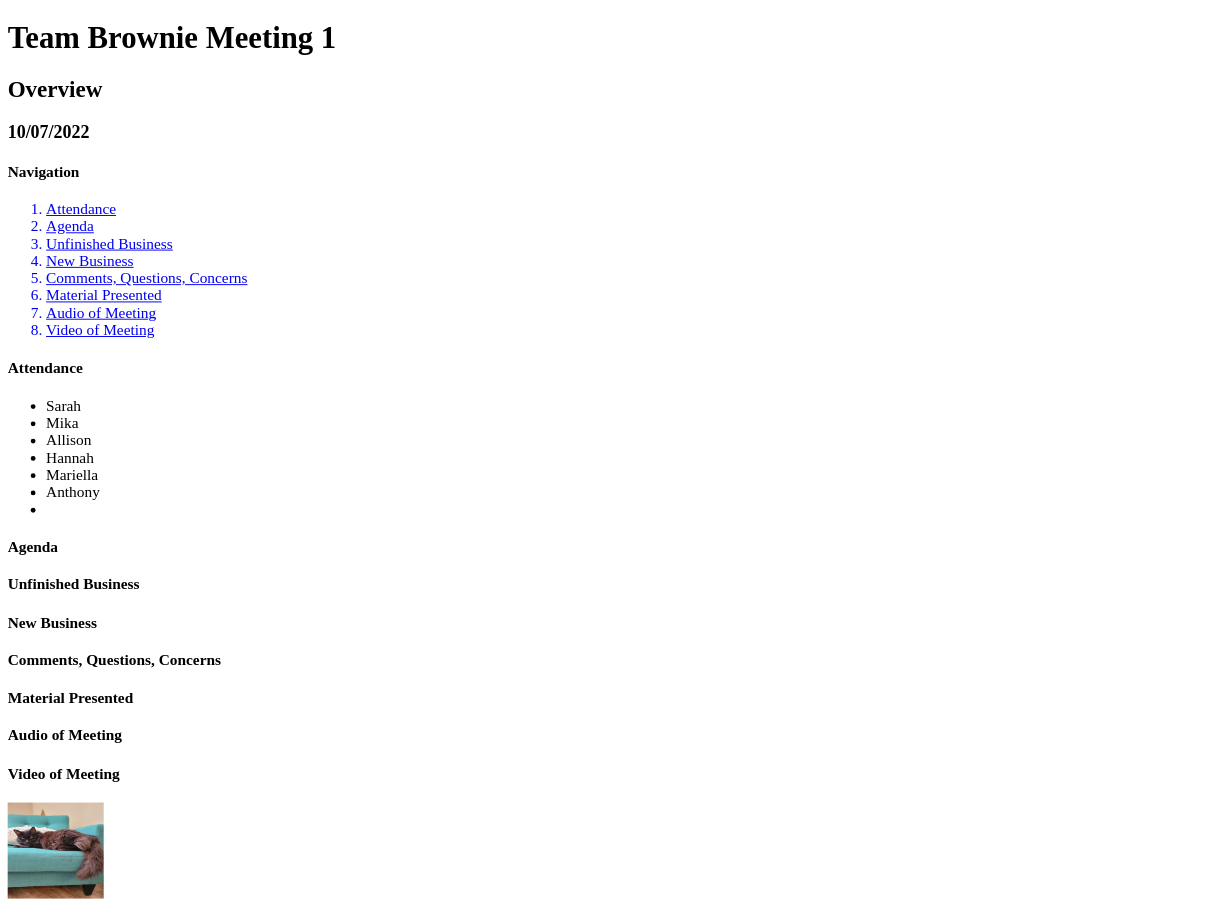
Repository: sarahtthomson/fa22-cse110-lab3
Page: index.html
The author's editor kept a copy of each file at every save. The page is drawn from the files as they stood at one save, then again after the next save.
The browser window is 1280 px wide. The pictures show the whole page, at 96% of full size.

Above is the page before, as saved 2022-10-07 15:13:52.

### index.html
<!DOCTYPE html>
<html lang="en">
    <head>
        <Title>Team Brownie</Title>
        <meta name="description" content="Meeting minutes for Team Brownie">
        <link rel="icon" href="/favicon.ico" />
    </head>
    <body>
        <header>
            <h1>Team Brownie Meeting 1</h1>
            <h2>Overview</h2>
            <h3>10/07/2022</h3>
        </header>
        <main>
            <div class="nav">
                <h4>Navigation</h4>
                <ol>
                    <a href="#Attendance" class="btn"><li>Attendance</li></a>
                    <a href="#Agenda" class="btn"><li>Agenda</li></a>
                    <a href="#Unfinished Business" class="btn"><li>Unfinished Business</li></a>
                    <a href="#New Business" class="btn"><li>New Business</li></a>
                    <a href="#Comments" class="btn"><li>Comments, Questions, Concerns</li></a>
                    <a href="#Material" class="btn"><li>Material Presented</li></a>
                    <a href="#Audio" class="btn"><li>Audio of Meeting</li></a>
                    <a href="#Video" class="btn"><li>Video of Meeting</li></a>
                </ol>
            </div>
            <div class="Attendance" id="Attendance">
                <h4>Attendance</h4>
                <ul>
                    <li>Sarah</li>
                    <li>Mika</li>
                    <li>Allison</li>
                    <li>Hannah</li>
                    <li>Mariella</li>
                    <li>Anthony</li>
                    <li></li>
                </ul>
            </div>
            <div class="Agenda" id="Agenda">
                <h4>Agenda</h4>
            </div>
            <div class="Unfinished Business" id="Agenda">
                <h4>Unfinished Business</h4>
            </div>
            <div class="New Business" id="New Business">
                <h4>New Business</h4>
            </div>
            <div class="Comments" id="Comments">
                <h4>Comments, Questions, Concerns</h4>
            </div>
            <div class="Material" id="Material">
                <h4>Material Presented</h4>
            </div>
            <div class="Audio" id="Audio">
                <h4>Audio of Meeting</h4>
            </div>
            <div class="Video" id="Video">
                <h4>Video of Meeting</h4>
            </div>
        </main>
        <img height="100" width="100" src="/cat.jpg">
    </body>
</html>

After the next save:
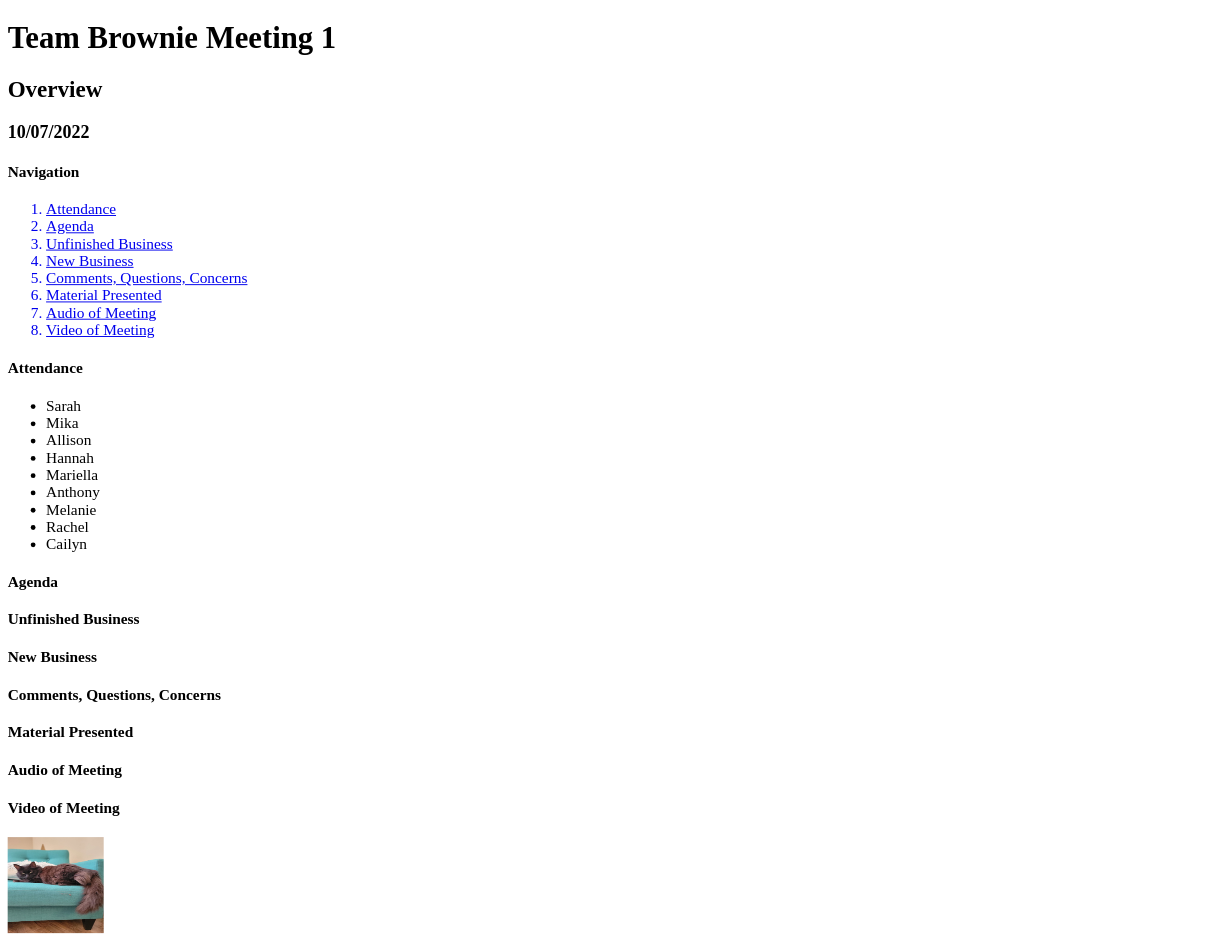
Saved 36 s later.
--- a/index.html
+++ b/index.html
@@ -34,7 +34,9 @@
                     <li>Hannah</li>
                     <li>Mariella</li>
                     <li>Anthony</li>
-                    <li></li>
+                    <li>Melanie</li>
+                    <li>Rachel</li>
+                    <li>Cailyn</li>
                 </ul>
             </div>
             <div class="Agenda" id="Agenda">
